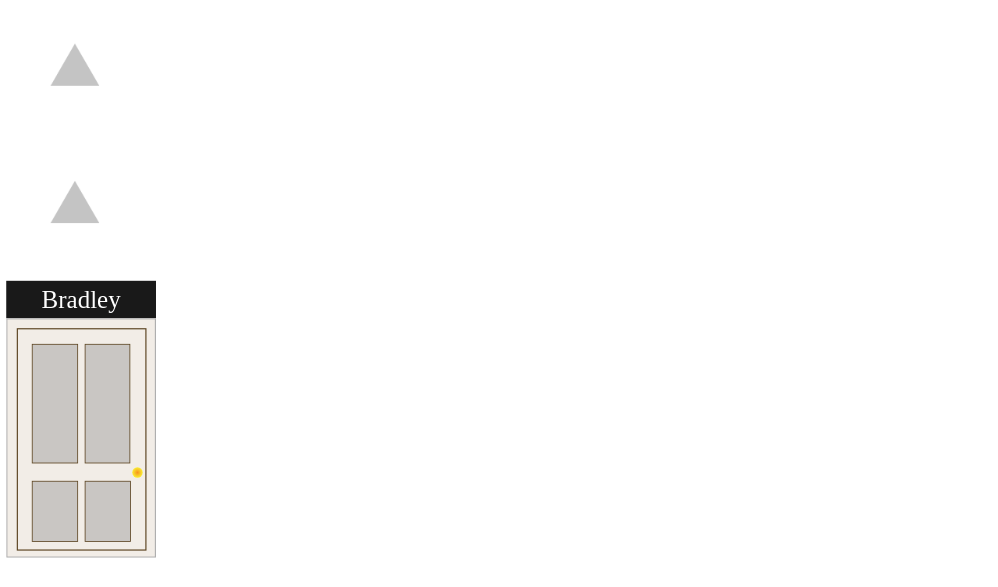
Repository: dnguyen130/HelpAHomieV3
Page: index.html
An editor plug-in stored every save of this project. The page is shown before and after a run of saves, followed by the edit.
The browser window is 1280 px wide. The pictures show the whole page, at 78% of full size.

Above is the page before, as saved 2021-03-10 19:50:05.
Console error: TypeError: Cannot read properties of null (reading 'innerHTML')

After the next 2 saves:
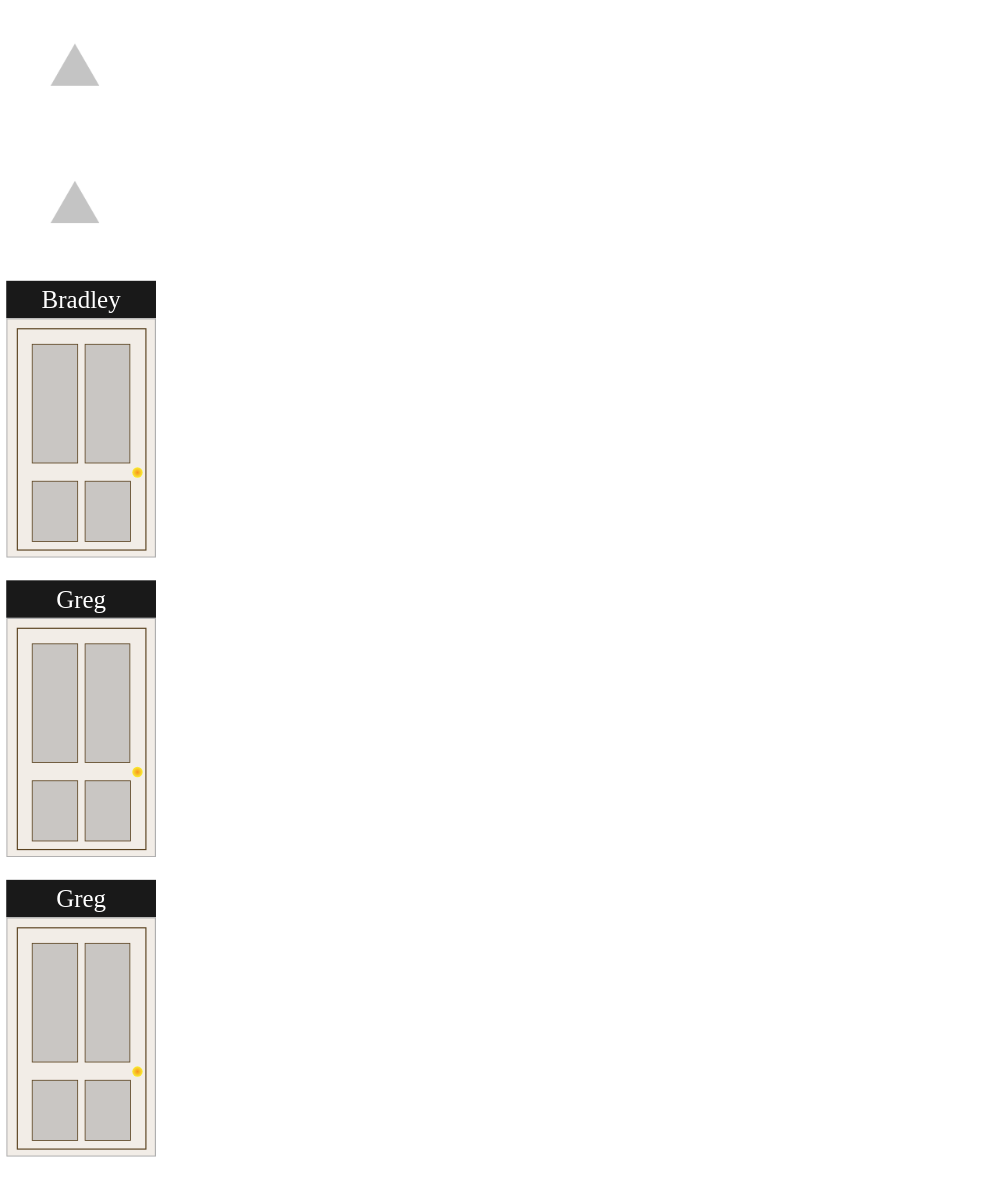
The error is gone.
The 2 saves are shown as one change because they came seconds apart.
The last was saved 7 s later.
--- a/workflow.js
+++ b/workflow.js
@@ -5,5 +5,5 @@ document.querySelector(".arrow").innerHTML += TriangleButtonUI();
 
 //doors
 document.querySelector(".door-container").innerHTML += DoorUI();
-document.querySelector(".doortest").innerHTML += DoorUI("Greg");
-document.querySelector(".doortest").innerHTML += DoorUI("Greg");
+document.querySelector(".door-container").innerHTML += DoorUI("Greg");
+document.querySelector(".door-container").innerHTML += DoorUI("Greg");
